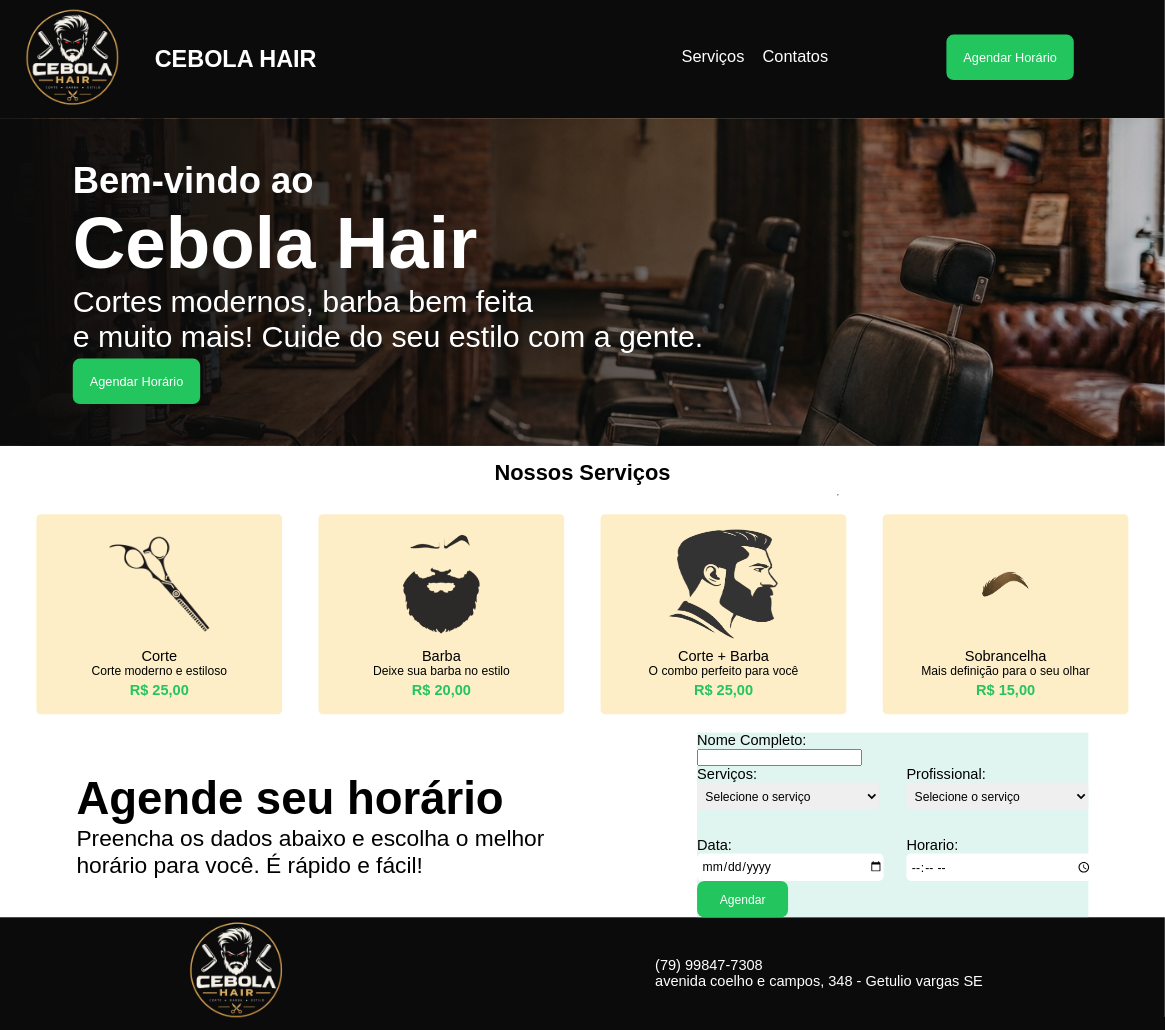
Repository: antonymsantana-design/final.activitie1
Page: index.html
An editor plug-in stored every save of this project. The page is shown before and after a run of saves, followed by the edit.
The browser window is 1280 px wide. The pictures show the whole page, at 91% of full size.

Above is the page before, as saved 2026-09-15 19:47:32.

After the next 2 saves:
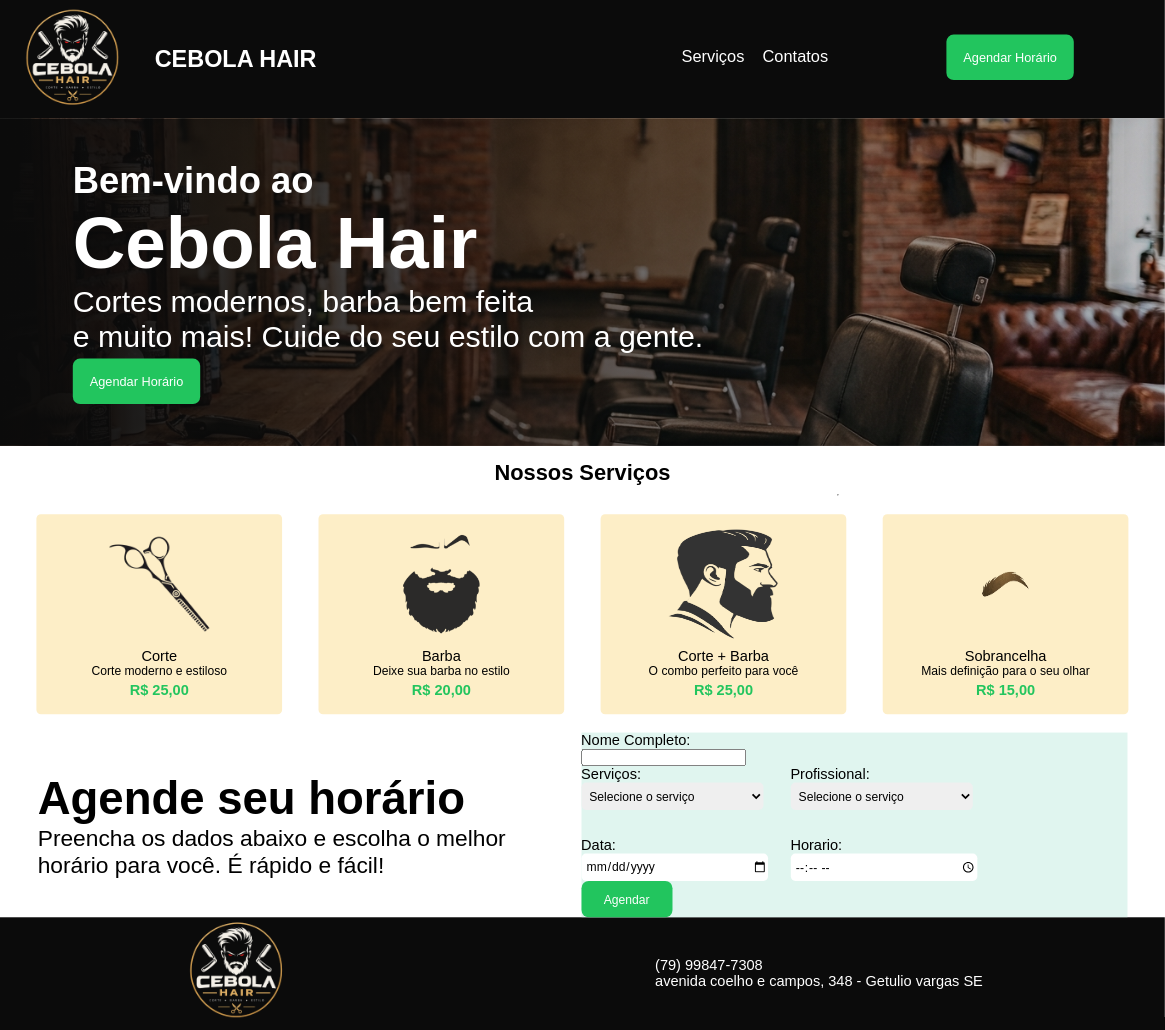
The 2 saves are shown as one change because they came seconds apart.
The last was saved 9 s later.
--- a/style.css
+++ b/style.css
@@ -169,7 +169,7 @@ hr {
 
 .form{
     background-color: rgba(201, 238, 227, 0.568);
-
+    width: 600px;
 }
 .quadrado{
     display: grid;
